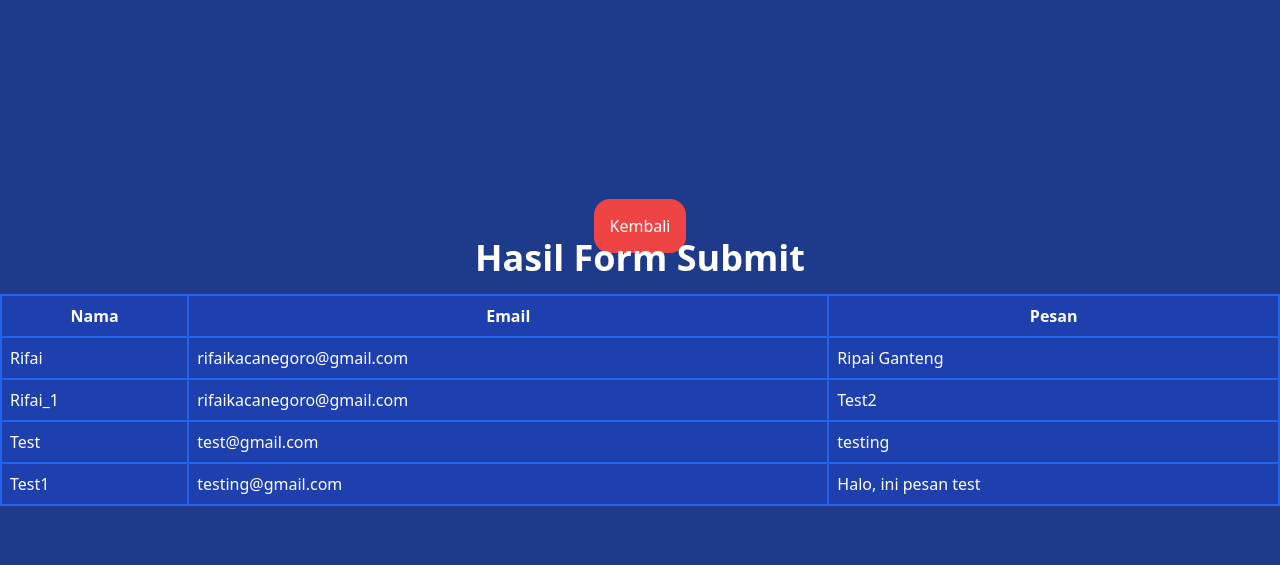
Repository: RifaiKN/flask-week10
Page: http://localhost/hasilform/
The author's editor kept a copy of each file at every save. The page is drawn from the files as they stood at one save, then again after the next save.
The browser window is 1280 px wide. The pictures show the whole page.
The page is served by the project's application, run on Flask 3 (app.py).

Above is the page before, as saved 2023-11-17 22:44:25.

After the next save:
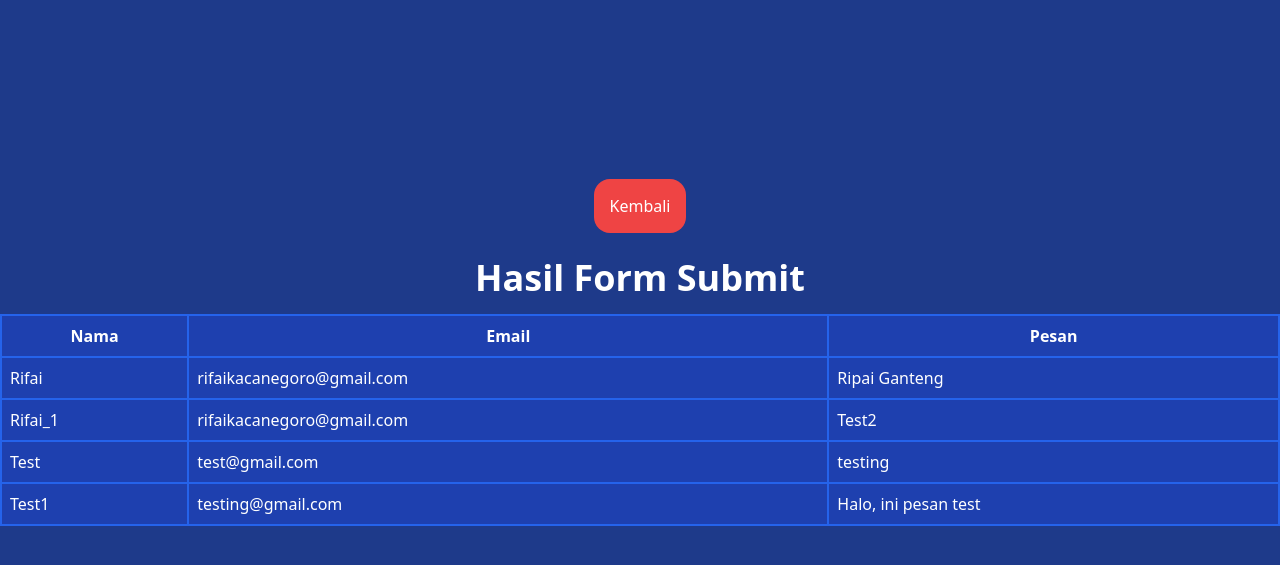
Saved 24 s later.
--- a/templates/hasilform.html
+++ b/templates/hasilform.html
@@ -12,7 +12,7 @@
     <div>
         <a href="/" class="m-4 p-4 bg-red-500 hover:bg-red-600 rounded-2xl text-white">Kembali</a>
     </div>
-    <h1 class="text-4xl font-bold mb-4">Hasil Form Submit</h1>
+    <h1 class="mt-10 text-4xl font-bold mb-4">Hasil Form Submit</h1>
     <table class="border-collapse border-2 border-blue-600 bg-blue-800 text-white w-full">
         <thead>
             <tr>
